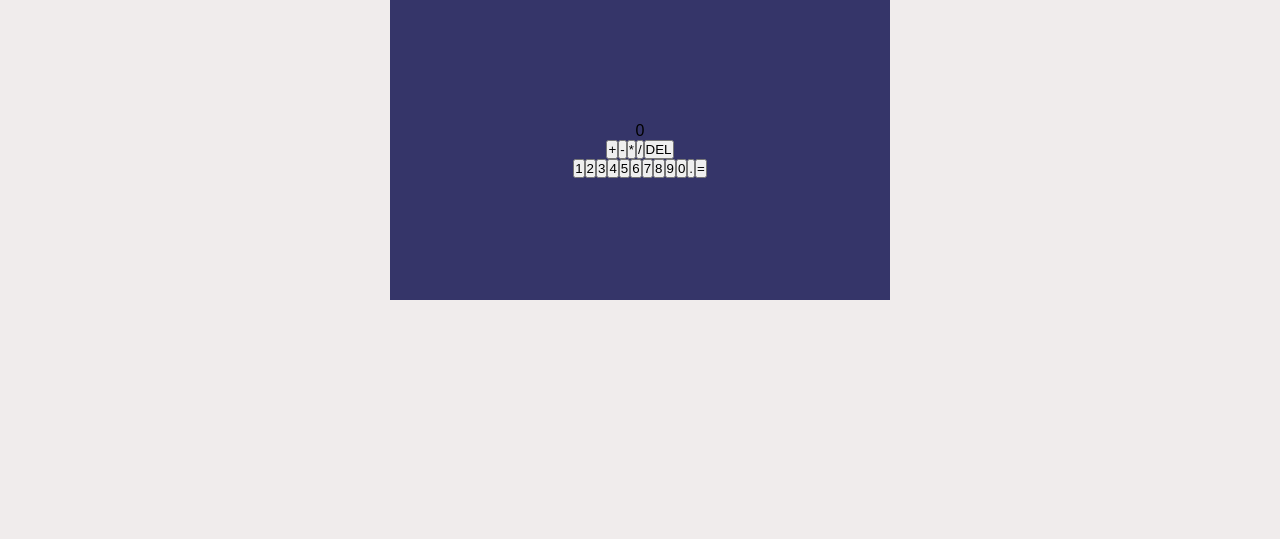
Repository: Bishek666/simple-calculator
Page: /
The author's editor kept a copy of each file at every save. The page is drawn from the files as they stood at one save, then again after the next save.
The browser window is 1280 px wide. The pictures show the whole page.
The project was rebuilt for these pictures with package versions that can differ from the ones it lists, and the page was loaded fresh each time.

Above is the page before, as saved 2021-10-20 17:40:42.

### src/index.css
:root {
    --primary: #030546c9;
    --secondary: #797dffc9;
    --dark: #0908088a;
    --light: rgb(240, 236, 236);
}

* {
    margin: 0;
    padding: 0;
    box-sizing: border-box;
    font-family: sans-serif;
}

body {
    background-color: var(--light);
}

.container-calculator {
    display: flex;
    flex-direction: column;
    align-items: center;
    justify-content: center;
    background-color: var(--primary);
    height: 300px;
    width: 500px;
    margin: auto;
}

### src/App.js
function App() {
    const addDigits = () => {
        const digits = [];

        for (let i = 1; i < 10; i++) {
            digits.push(<button key={i}>{i}</button>);
        }

        return digits;
    };
    return (
        <div className='container-calculator'>
            <div className='display-calculation'>0</div>
            <div className='operators'>
                <button>+</button>
                <button>-</button>
                <button>*</button>
                <button>/</button>
                <button>DEL</button>
            </div>
            <div className='digits'>
                {addDigits()}
                <button>0</button>
                <button>.</button>
                <button>=</button>
            </div>
        </div>
    );
}

export default App;

Loaded but not shown: public/index.html (common file); src/index.js (common file)

After the next save:
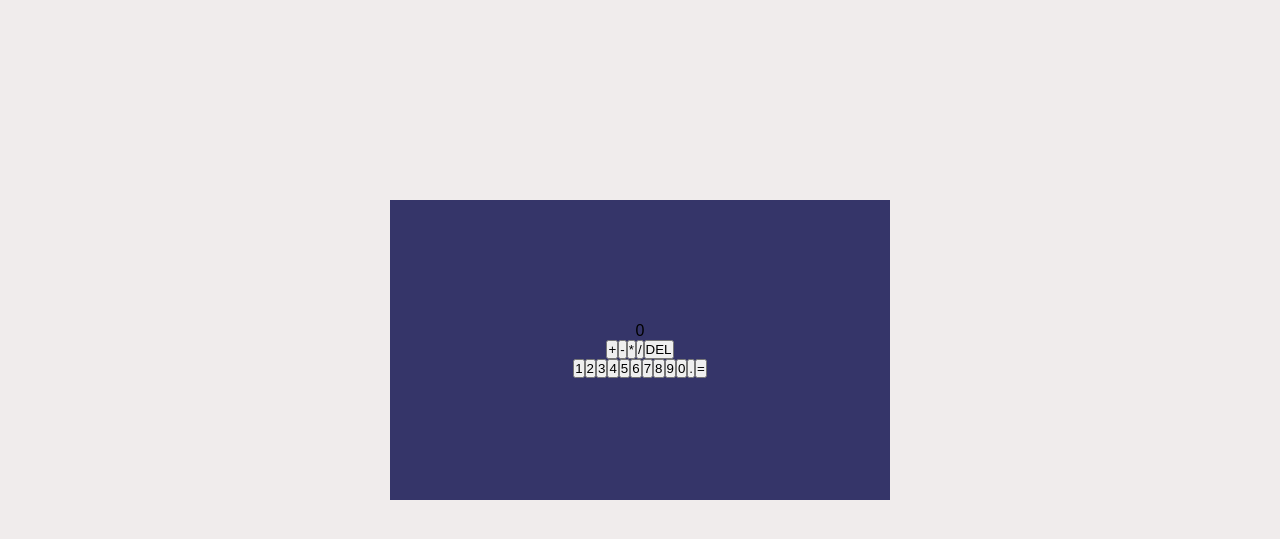
Saved 8 s later.
--- a/src/index.css
+++ b/src/index.css
@@ -24,5 +24,5 @@ body {
     background-color: var(--primary);
     height: 300px;
     width: 500px;
-    margin: auto;
+    margin: 200px auto;
 }
